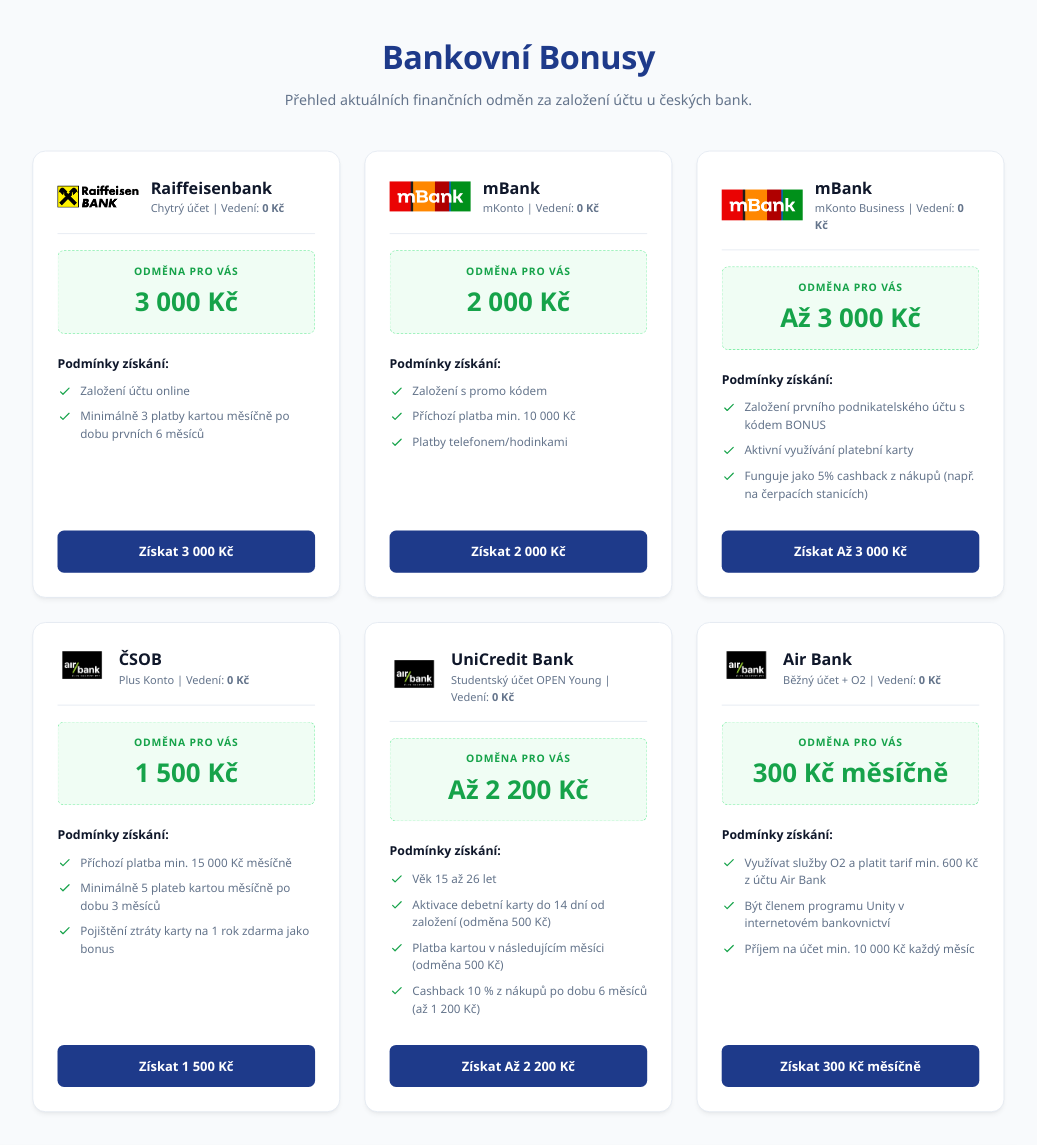
Repository: Martin49232/bankovnibonusy
Page: index.html
The author's editor kept a copy of each file at every save. The page is drawn from the files as they stood at one save, then again after the next save.
The browser window is 1280 px wide. The pictures show the whole page, at 81% of full size.

Above is the page before, as saved 2026-03-10 17:22:25.

### index.html
<!DOCTYPE html>
<!DOCTYPE html>
<html lang="cs">
<head>
    <meta charset="UTF-8">
    <meta name="viewport" content="width=device-width, initial-scale=1.0">
    <title>Bankovní Bonusy | Nejlepší účty v ČR</title>
    <style>
        :root {
            --primary: #1e3a8a;
            --success: #16a34a;
            --bg-color: #f8fafc;
            --card-bg: #ffffff;
            --text-main: #0f172a;
            --text-muted: #64748b;
            --border: #e2e8f0;
        }

        body {
            font-family: 'Segoe UI', system-ui, -apple-system, sans-serif;
            background: var(--bg-color);
            margin: 0;
            padding: 40px 20px;
            color: var(--text-main);
            line-height: 1.5;
        }

        .container {
            max-width: 1200px;
            margin: 0 auto;
        }

        header {
            text-align: center;
            margin-bottom: 50px;
        }

        h1 {
            color: var(--primary);
            font-size: 2.5rem;
            margin: 0 0 10px 0;
            letter-spacing: -0.5px;
        }

        .subtitle {
            color: var(--text-muted);
            font-size: 1.1rem;
            margin: 0;
        }

        /* Grid Layout */
        .grid {
            display: grid;
            grid-template-columns: repeat(auto-fill, minmax(340px, 1fr));
            gap: 30px;
        }

        /* Card Styling */
        .card {
            background: var(--card-bg);
            border-radius: 16px;
            padding: 30px;
            box-shadow: 0 4px 6px -1px rgba(0,0,0,0.05), 0 2px 4px -2px rgba(0,0,0,0.05);
            display: flex;
            flex-direction: column;
            border: 1px solid var(--border);
            transition: transform 0.2s ease, box-shadow 0.2s ease;
        }

        .card:hover {
            transform: translateY(-5px);
            box-shadow: 0 20px 25px -5px rgba(0,0,0,0.1), 0 8px 10px -6px rgba(0,0,0,0.1);
        }

        /* Card Header (Logo + Bank Name) */
        .card-header {
            display: flex;
            align-items: center;
            gap: 15px;
            margin-bottom: 20px;
            padding-bottom: 20px;
            border-bottom: 1px solid var(--border);
        }

        .card-header img {
            max-width: 100px;
            max-height: 40px;
            object-fit: contain;
        }

        .bank-info {
            display: flex;
            flex-direction: column;
        }

        .bank-name {
            font-size: 1.25rem;
            font-weight: 700;
            margin: 0;
        }

        .meta {
            font-size: 0.85rem;
            color: var(--text-muted);
        }

        /* Bonus Highlight */
        .bonus-wrapper {
            background: #f0fdf4;
            border: 1px dashed #86efac;
            border-radius: 8px;
            padding: 15px;
            text-align: center;
            margin-bottom: 25px;
        }

        .bonus-label {
            display: block;
            font-size: 0.8rem;
            text-transform: uppercase;
            letter-spacing: 1px;
            color: var(--success);
            font-weight: 600;
            margin-bottom: 4px;
        }

        .bonus {
            font-size: 2rem;
            font-weight: 800;
            color: var(--success);
            margin: 0;
        }

        /* Requirements List */
        .req-title {
            font-weight: 600;
            font-size: 0.95rem;
            margin-bottom: 12px;
        }

        .requirements {
            flex-grow: 1;
            font-size: 0.9rem;
            margin: 0 0 25px 0;
            padding: 0;
            color: var(--text-muted);
            list-style: none;
        }

        .requirements li {
            position: relative;
            padding-left: 28px;
            margin-bottom: 10px;
        }

        /* Custom SVG Checkmark */
        .requirements li::before {
            content: '';
            position: absolute;
            left: 0;
            top: 2px;
            width: 18px;
            height: 18px;
            background-image: url("data:[embedded picture, 228 characters]");
            background-size: contain;
            background-repeat: no-repeat;
        }

        /* Call to Action Button */
        .btn {
            display: block;
            text-align: center;
            background: var(--primary);
            color: white;
            text-decoration: none;
            padding: 14px;
            border-radius: 8px;
            font-weight: 600;
            font-size: 1rem;
            transition: background 0.2s;
        }

        .btn:hover {
            background: #1e40af;
        }
    </style>
</head>
<body>
    <div class="container">
        <header>
            <h1>Bankovní Bonusy</h1>
            <p class="subtitle">Přehled aktuálních finančních odměn za založení účtu u českých bank.</p>
        </header>

        <div id="deals-container" class="grid"></div>
    </div>

    <script>
        document.addEventListener('DOMContentLoaded', () => {
            fetch('data.json')
                .then(response => {
                    if (!response.ok) throw new Error('Network response was not ok');
                    return response.json();
                })
                .then(data => renderDeals(data))
                .catch(error => console.error('Error loading data:', error));
        });

        function renderDeals(deals) {
            const container = document.getElementById('deals-container');

            deals.forEach(deal => {
                const reqList = deal.requirements.map(req => `<li>${req}</li>`).join('');

                const card = document.createElement('div');
                card.className = 'card';

                // Constructing the new, prettier DOM structure for each card
                card.innerHTML = `
                    <div class="card-header">
                        <img src="${deal.logoUrl}" alt="${deal.bankName} logo">
                        <div class="bank-info">
                            <h2 class="bank-name">${deal.bankName}</h2>
                            <div class="meta">${deal.accountName} | Vedení: <strong>${deal.monthlyFee}</strong></div>
                        </div>
                    </div>

                    <div class="bonus-wrapper">
                        <span class="bonus-label">Odměna pro vás</span>
                        <div class="bonus">${deal.bonusAmount}</div>
                    </div>

                    <div class="req-title">Podmínky získání:</div>
                    <ul class="requirements">${reqList}</ul>

                    <a href="${deal.link}" target="_blank" rel="noopener noreferrer" class="btn">Získat ${deal.bonusAmount}</a>
                `;
                container.appendChild(card);
            });
        }
    </script>
</body>
</html>

### data.json
[
  {
    "id": "raiffeisen-chytry",
    "bankName": "Raiffeisenbank",
    "accountName": "Chytrý účet",
    "bonusAmount": "3 000 Kč",
    "requirements": [
      "Založení účtu online",
      "Minimálně 3 platby kartou měsíčně po dobu prvních 6 měsíců"
    ],
    "monthlyFee": "0 Kč",
    "link": "https://www.rb.cz/promo-odkaz",
    "logoUrl": "images/raiffeisen.png"
  },
  {
    "id": "mbank-mkonto",
    "bankName": "mBank",
    "accountName": "mKonto",
    "bonusAmount": "2 000 Kč",
    "requirements": [
      "Založení s promo kódem",
      "Příchozí platba min. 10 000 Kč",
      "Platby telefonem/hodinkami"
    ],
    "monthlyFee": "0 Kč",
    "link": "https://www.mbank.cz/promo-odkaz",
    "logoUrl": "images/mbank.png"
  },
{
    "id": "mbank-business",
    "bankName": "mBank",
    "accountName": "mKonto Business",
    "bonusAmount": "Až 3 000 Kč",
    "requirements": [
      "Založení prvního podnikatelského účtu s kódem BONUS",
      "Aktivní využívání platební karty",
      "Funguje jako 5% cashback z nákupů (např. na čerpacích stanicích)"
    ],
    "monthlyFee": "0 Kč",
    "link": "https://www.mbank.cz/",
    "logoUrl": "images/mbank.png"
  },
  {
    "id": "csob-pluskonto",
    "bankName": "ČSOB",
    "accountName": "Plus Konto",
    "bonusAmount": "1 500 Kč",
    "requirements": [
      "Příchozí platba min. 15 000 Kč měsíčně",
      "Minimálně 5 plateb kartou měsíčně po dobu 3 měsíců",
      "Pojištění ztráty karty na 1 rok zdarma jako bonus"
    ],
    "monthlyFee": "0 Kč",
    "link": "https://www.csob.cz/",
    "logoUrl": "images/airbank.png"
  },
  {
    "id": "unicredit-student",
    "bankName": "UniCredit Bank",
    "accountName": "Studentský účet OPEN Young",
    "bonusAmount": "Až 2 200 Kč",
    "requirements": [
      "Věk 15 až 26 let",
      "Aktivace debetní karty do 14 dní od založení (odměna 500 Kč)",
      "Platba kartou v následujícím měsíci (odměna 500 Kč)",
      "Cashback 10 % z nákupů po dobu 6 měsíců (až 1 200 Kč)"
    ],
    "monthlyFee": "0 Kč",
    "link": "https://www.unicreditbank.cz/",
    "logoUrl": "images/airbank.png"
  },
  {
    "id": "airbank-bezny",
    "bankName": "Air Bank",
    "accountName": "Běžný účet + O2",
    "bonusAmount": "300 Kč měsíčně",
    "requirements": [
      "Využívat služby O2 a platit tarif min. 600 Kč z účtu Air Bank",
      "Být členem programu Unity v internetovém bankovnictví",
      "Příjem na účet min. 10 000 Kč každý měsíc"
    ],
    "monthlyFee": "0 Kč",
    "link": "https://www.airbank.cz/",
    "logoUrl": "images/airbank.png"
  }
]

After the next save:
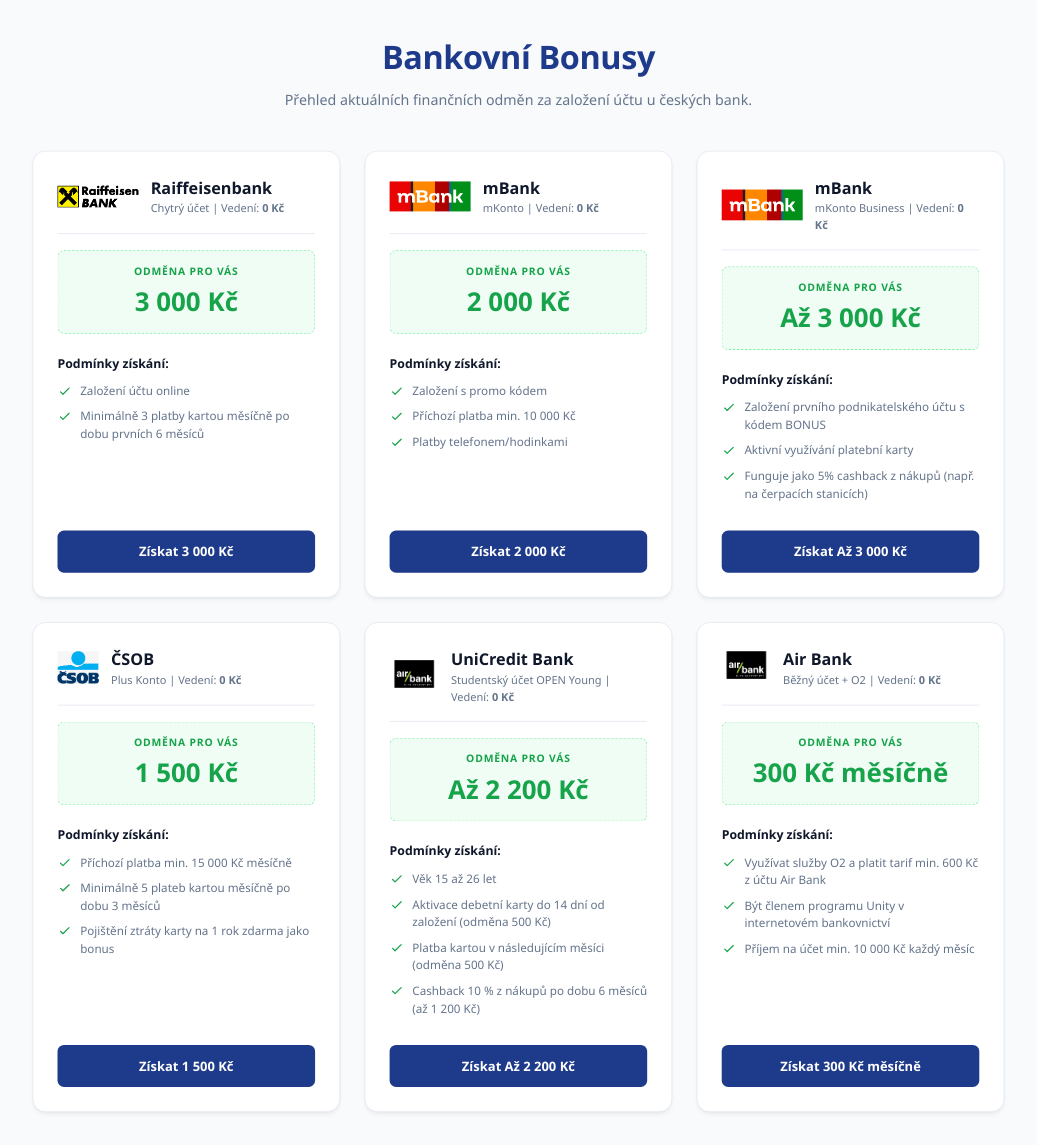
Saved 5 s later.
--- a/data.json
+++ b/data.json
@@ -52,7 +52,7 @@
     ],
     "monthlyFee": "0 Kč",
     "link": "https://www.csob.cz/",
-    "logoUrl": "images/airbank.png"
+    "logoUrl": "images/csob.png"
   },
   {
     "id": "unicredit-student",
